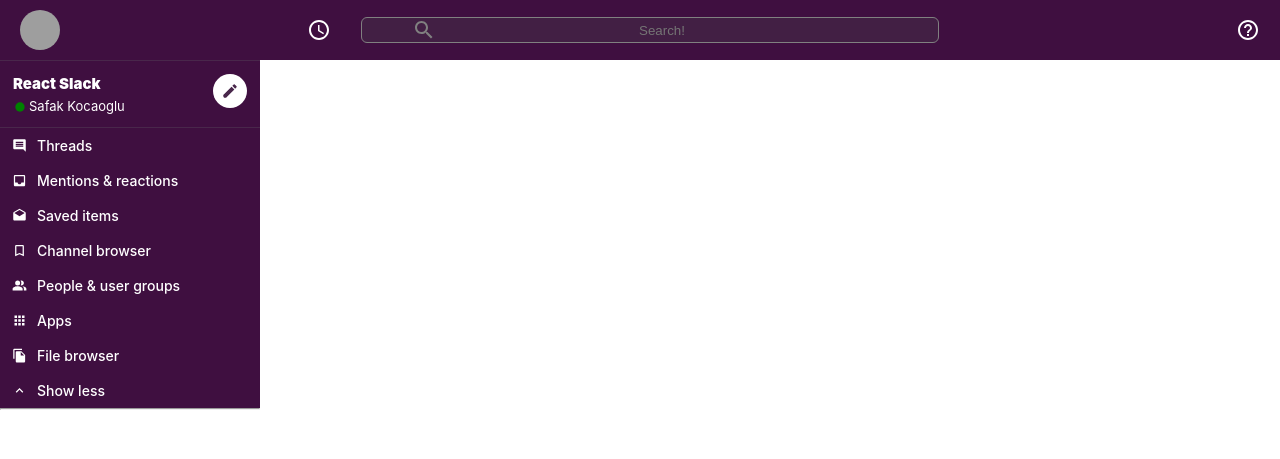
Repository: mminhaz93/React-Slack-Clone
Page: /
The author's editor kept a copy of each file at every save. The page is drawn from the files as they stood at one save, then again after the next save.
The browser window is 1280 px wide. The pictures show the whole page.
Pictures or frames that could not be fetched are drawn as grey boxes. The project was rebuilt for these pictures with package versions that can differ from the ones it lists, and the page was loaded fresh each time.

Above is the page before, as saved 2020-08-13 21:30:31.

After the next save:
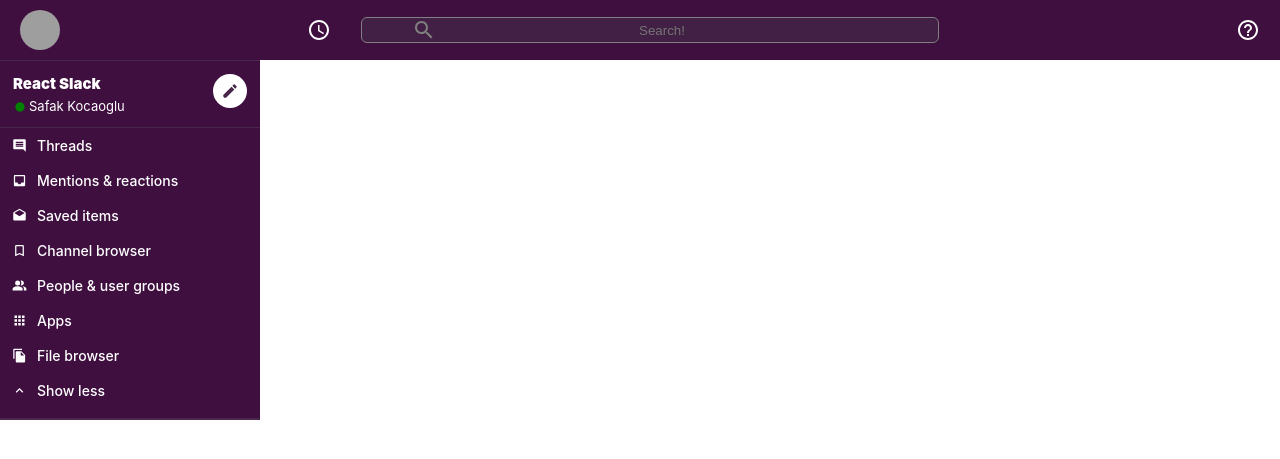
Saved 78 s later.
--- a/src/components/Sidebar.css
+++ b/src/components/Sidebar.css
@@ -3,6 +3,12 @@
   border-top: 1px solid #49274b;
   max-width: 260px;
   color: white;
+}
+
+.sidebar > hr {
+  margin-top: 10px;
+  margin-bottom: 10px;
+  border: 1px solid #49274b;
 }
 
 .sidebarHeader {
